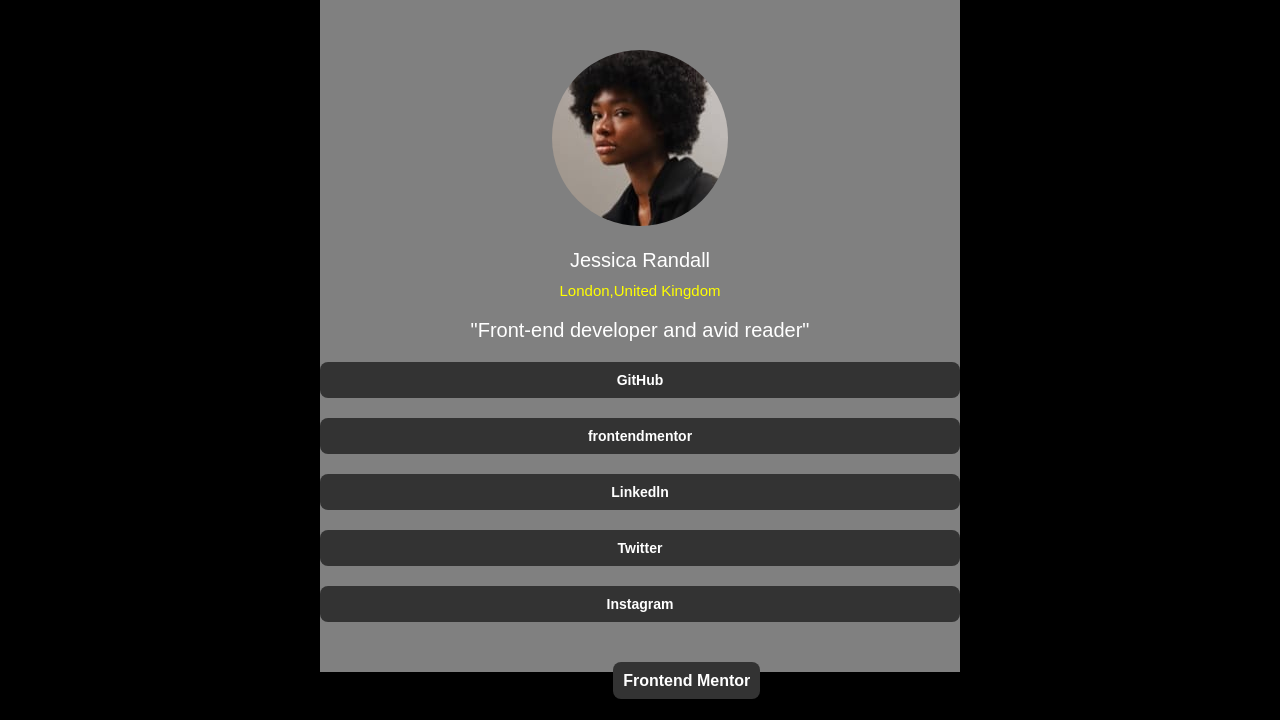
Repository: JosephAbatan05/Social-links-profile
Page: social-links-profile-main/index.html
These files come from the project's save history. The page is drawn as it stood at one moment and after the next save; the edit follows.
The browser window is 1280 px wide. The pictures show the whole page.

Above is the page before, as saved 2025-01-25 11:04:55.

### social-links-profile-main/index.html
<!DOCTYPE html>
<html lang="en">
<head>
  <meta charset="UTF-8">
  <meta name="viewport" content="width=device-width, initial-scale=1.0"> <!-- displays site properly based on user's device -->

  <link rel="icon" type="image/png" sizes="32x32" href="./assets/images/favicon-32x32.png">

  <title>Frontend Mentor | Social links profile</title>
<link rel="stylesheet" href="styles.css">

  <!-- Feel free to remove these styles or customise in your own stylesheet 👍 --<style>
    .attribution { font-size: 11px; text-align: center; }
    .attribution a { color: hsl(228, 45%, 44%); }
  </style>
</head>
<body>

  Jessica Randall
  London, United Kingdom
  "Front-end developer and avid reader."

  GitHub
  Frontend Mentor
  LinkedIn
  Twitter
  Instagram


-->

<div class="container">
  <img src="assets\images\avatar-jessica.jpeg" >

<div id="name">Jessica Randall</div>
<div class="description">London,United Kingdom</div>
<div class="about">"Front-end developer and avid reader"</div>
<div id="fa-links-container">
  <div >
    <a href="https://github.com" class="button">GitHub</a>



    <a href="https://frontendmentor.com" class="button">frontendmentor</a>




    <a href="https://Linkedln.com" class="button">Linkedln</a>





    <a href="https://Twitter.com" class="button">Twitter</a>





    <a href="https://Instagram.com" class="button">Instagram</a>






  </div>



</div>


</div>
<div class="attribution">
  Challenge by <a href="https://www.frontendmentor.io?ref=challenge" target="_blank">Frontend Mentor</a>.
</div>

</body>
</html>

### social-links-profile-main/styles.css
body{
    margin:0;
    padding:0;
    box-sizing: border-box;
    background-color: black;
    font-family: sans-serif;
}
.container{
    text-align: center;
    margin: 0 auto;
    font-size:14px;
    background-color: grey;
    max-width: 50%;
    padding: 50px 0;
}
img{
    border-radius:50%;


}
.container #name{
    color:white;
    margin-top: 20px;
    font-size:20px;
}

.container .description{
    color:yellow;
    margin-top: 10px;
    font-size: 15px;
}
.container .about{
    margin-top:20px;
    color:white;
    font-size: 20px;
}

.fa-links-container{
    margin-top:20px;
    padding:10px;
    text-align: center;

}
/*
.fa-links-container div a button{
    padding:10px;
    border-radius:5px;
    background-color:rgb(37, 36, 36);
    color:white;
    margin:0  auto;
    max-width: 45%;
    align-items:flex-end;
   margin-top: 5px;
   font-weight:bold
}
   */

.button{
    display: flex;
    gap:15px;
    flex-direction: column;
    margin-top: 20px;
}
 a{
    text-decoration: none;
    font-weight:600;
    padding:10px;
    border: none;
    color:white;
    background-color:hsl(0, 0%, 20%);
    border-radius:8px;

}
.attribution{
    text-align:center;
    text-decoration: none;
}

After the next save:
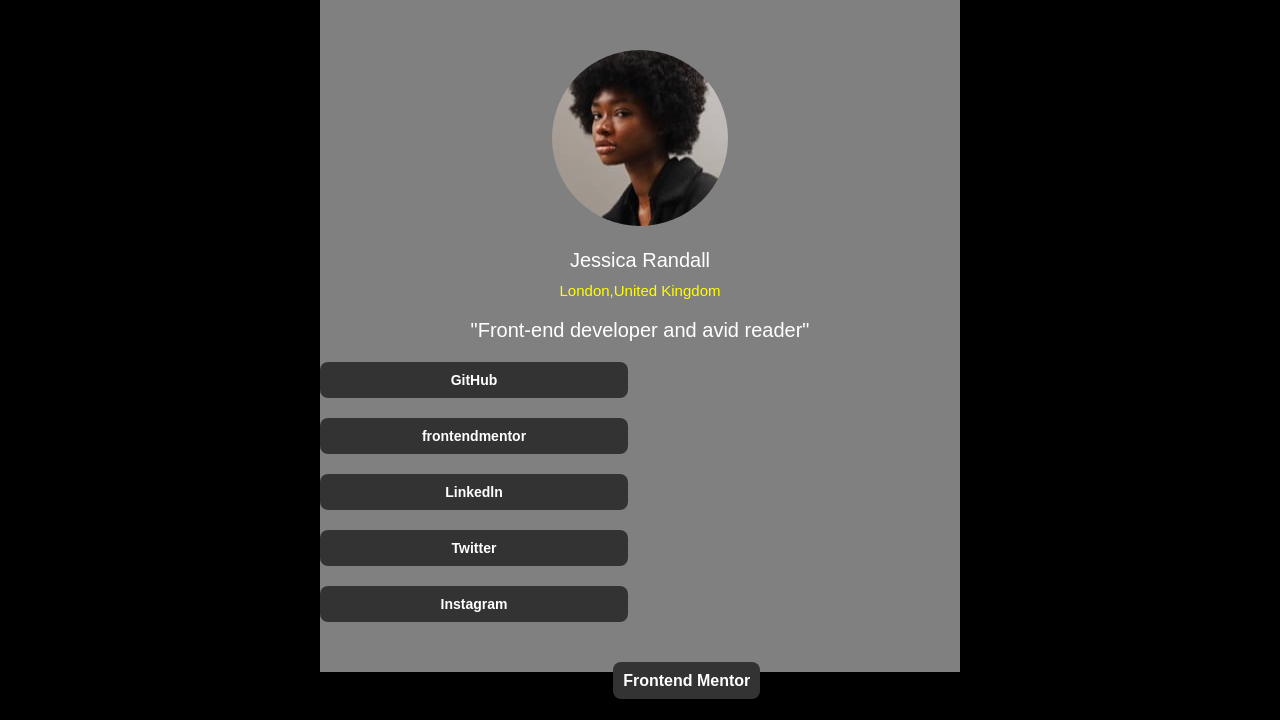
Saved 8 s later.
--- a/social-links-profile-main/styles.css
+++ b/social-links-profile-main/styles.css
@@ -69,6 +69,7 @@ img{
     color:white;
     background-color:hsl(0, 0%, 20%);
     border-radius:8px;
+    max-width:45%;
 
 }
 .attribution{
